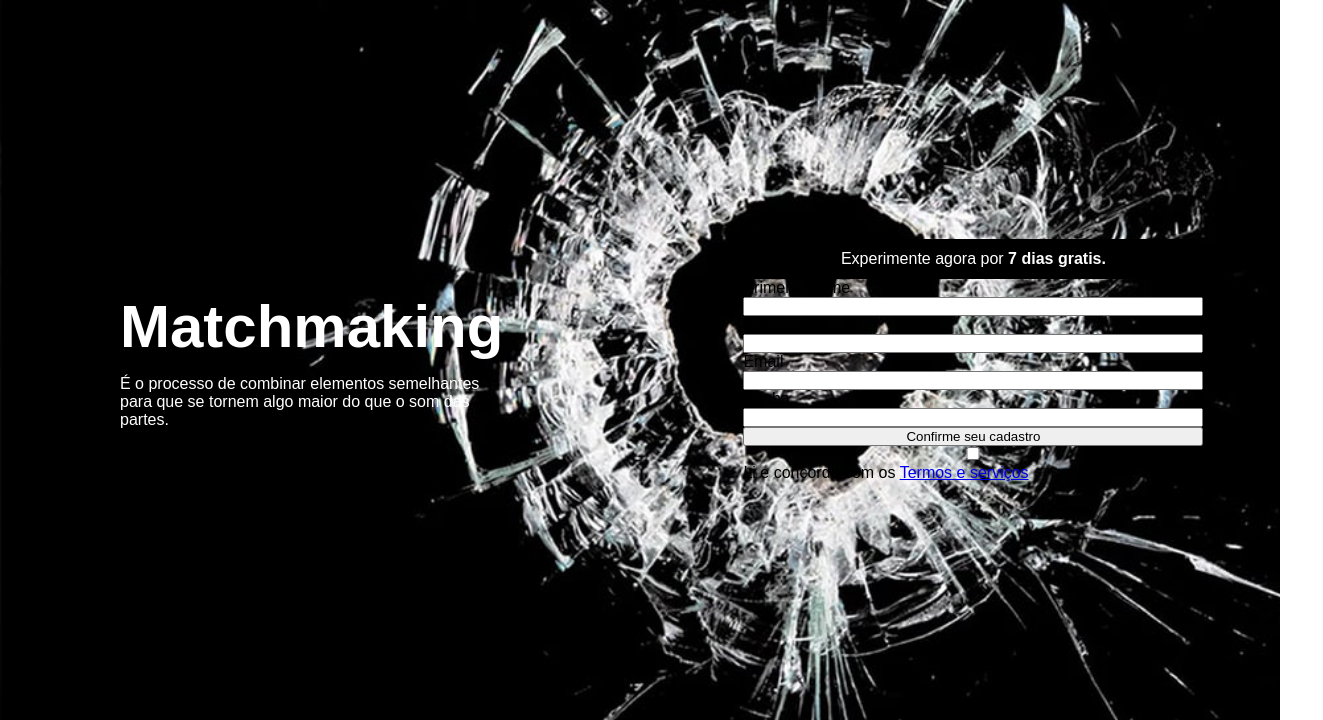
Repository: analessp/tela-login
Page: index.html
An editor plug-in stored every save of this project. The page is shown before and after the next save, followed by the edit.
The browser window is 1280 px wide. The page is 1323 px wide, so the pictures cover 1323 px, including what lies to the right of the window. The pictures show the whole page.
Some web fonts or font styles are not loaded; a fallback is used.

Above is the page before, as saved 2025-04-16 09:39:44.

After the next save:
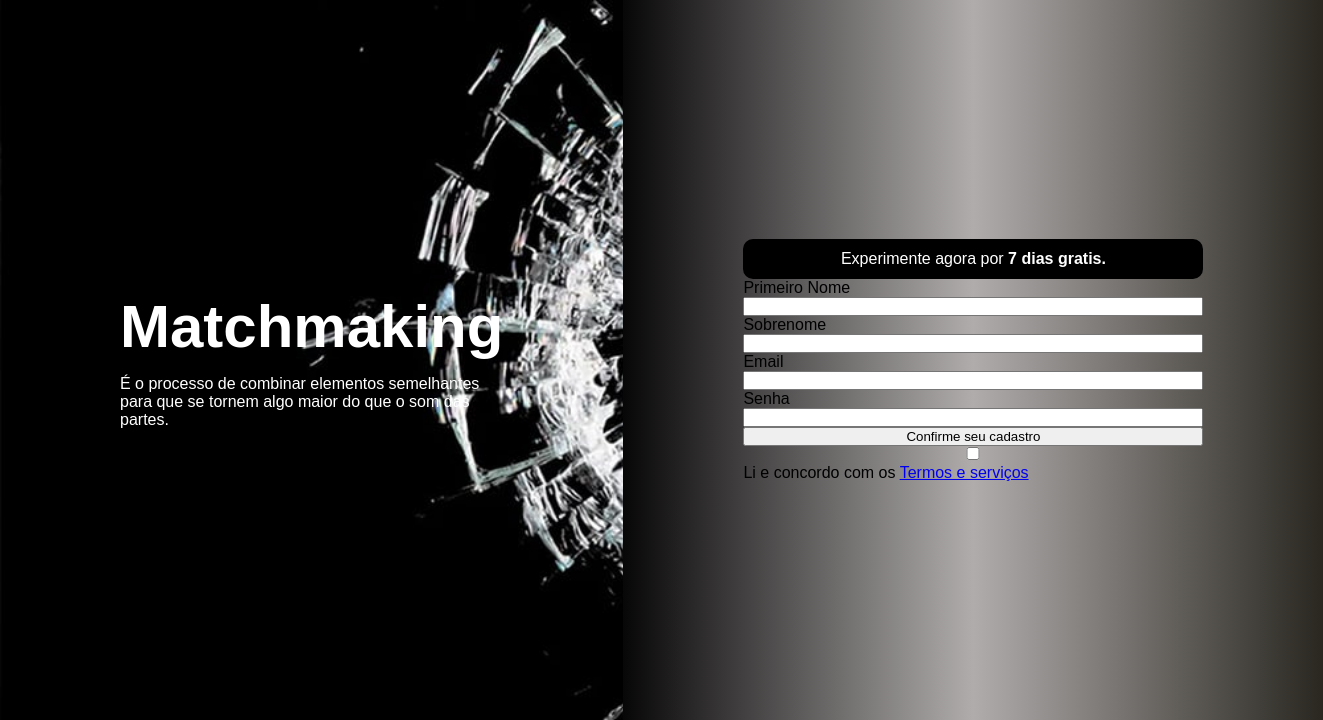
Saved 3 min 23 s later.
--- a/style.css
+++ b/style.css
@@ -56,7 +56,8 @@ main {
 }
 
 .container-right {
-    background-color: #333(109, 109, 235);
+    background: #080707;
+background: linear-gradient(90deg, rgba(8, 7, 7, 1) 0%, rgba(176, 172, 172, 1) 50%, rgba(41, 39, 32, 1) 100%);
     display: flex;
     flex-direction: column;
     justify-content: center;
